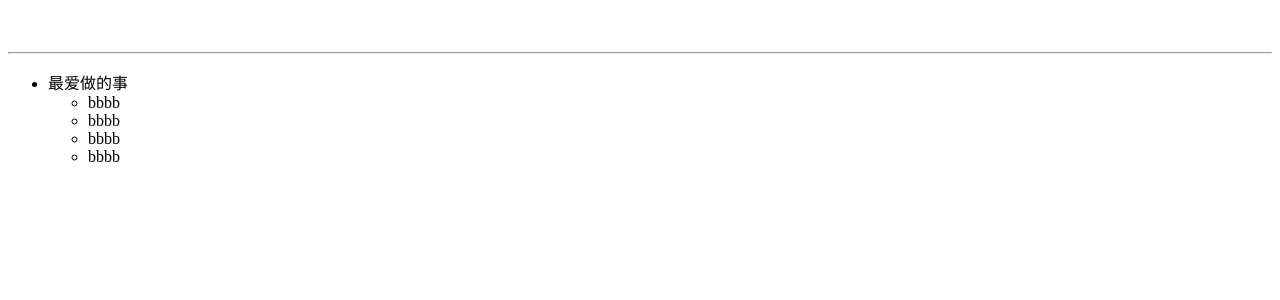
Repository: kirtonew/Compeititon2022-1
Page: node/test.html
The author's editor kept a copy of each file at every save. The page is drawn from the files as they stood at one save, then again after the next save.
The browser window is 1280 px wide. The pictures show the whole page.

Above is the page before, as saved 2022-09-05 14:29:47.

### node/test.html
<!DOCTYPE html>
<html lang="en">
<head>
    <meta charset="UTF-8">
    <meta http-equiv="X-UA-Compatible" content="IE=edge">
    <meta name="viewport" content="width=device-width, initial-scale=1.0">
    <title>Document</title>
</head>
<body>
    <title>我的最爱</title>
    <br>
    <br>
    <hr/>

    <ul>
        <li>最爱做的事</li>
        <ul>
            <li>bbbb</li>
            <li>bbbb</li>
            <li>bbbb</li>
            <li>bbbb</li>
        </ul>
    </ul>
</body>
</html>

After the next save:
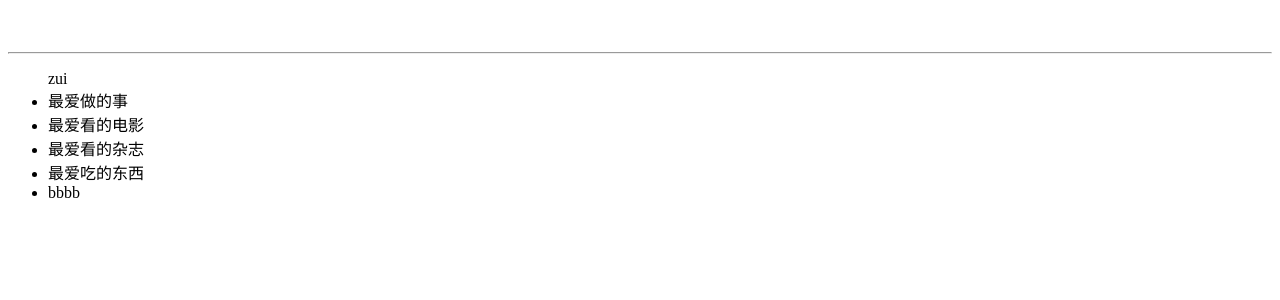
Saved 48 s later.
--- a/node/test.html
+++ b/node/test.html
@@ -12,14 +12,14 @@
     <br>
     <hr/>
 
-    <ul>
+    <ul>zui
         <li>最爱做的事</li>
-        <ul>
-            <li>bbbb</li>
-            <li>bbbb</li>
-            <li>bbbb</li>
-            <li>bbbb</li>
-        </ul>
+
+        <li>最爱看的电影</li>
+        <li>最爱看的杂志</li>
+        <li>最爱吃的东西</li>
+        <li>bbbb</li>
+
     </ul>
 </body>
 </html>
